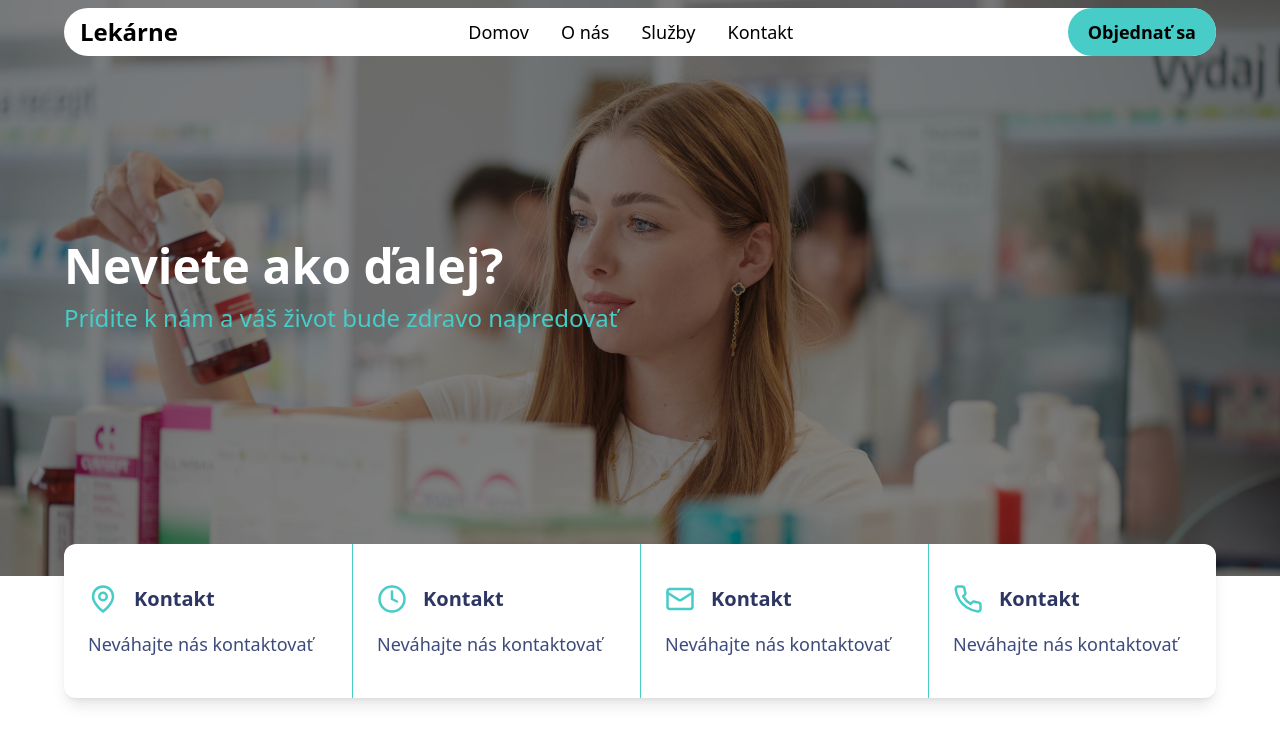
Repository: SimonSkoda13/Lekaren
Page: /
The author's editor kept a copy of each file at every save. The page is drawn from the files as they stood at one save, then again after the next save.
The browser window is 1280 px wide. The pictures show the whole page.
The project was rebuilt for these pictures with package versions that can differ from the ones it lists, and the page was loaded fresh each time. The framework's server and built-in components were replaced by stand-ins that run in the browser. Also part of the build but not shown: next.config.js.

Above is the page before, as saved 2023-04-22 18:13:31.

After the next save:
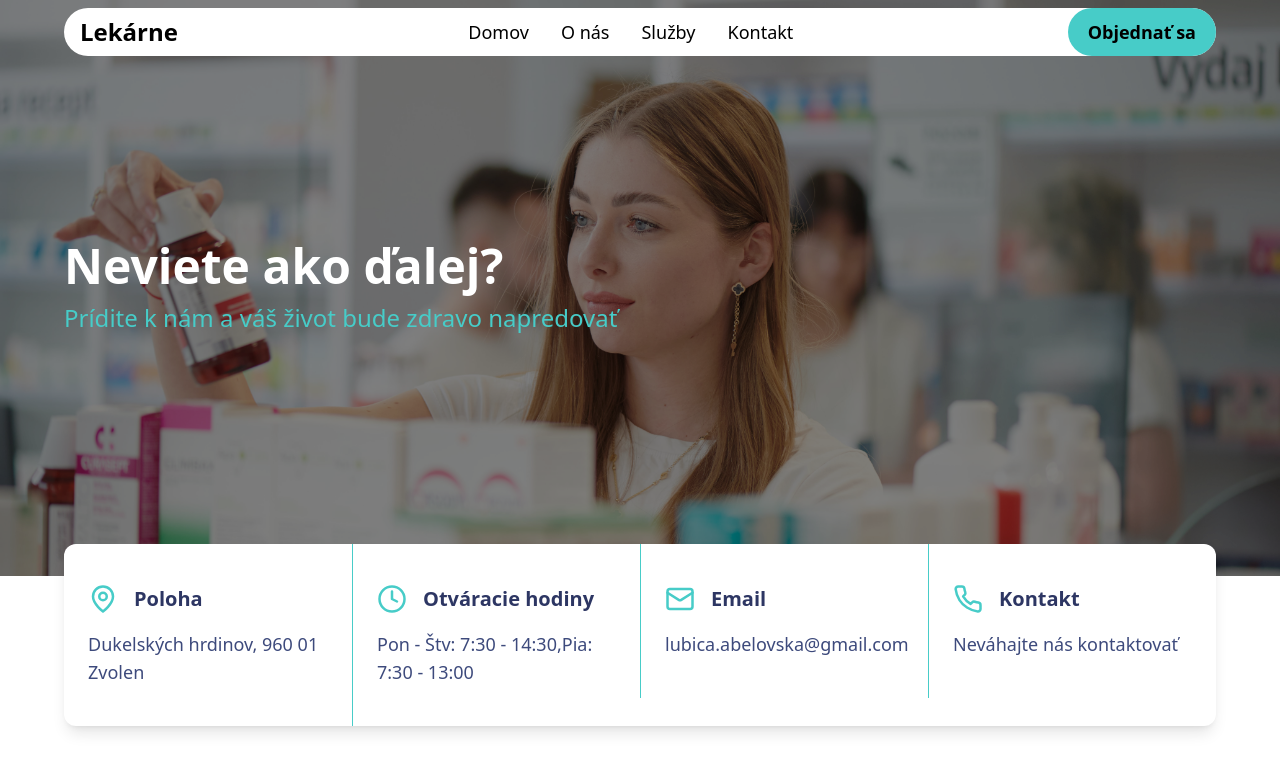
Saved 5 min 35 s later.
--- a/src/app/page.tsx
+++ b/src/app/page.tsx
@@ -19,18 +19,18 @@ export default function Home() {
       <Contact
         items={[
           {
-            title: "Kontakt",
-            description: "Neváhajte nás kontaktovať",
+            title: "Poloha",
+            description: "Dukelských hrdinov, 960 01 Zvolen",
             icon: <MapPin size={30} className="stroke-primary" />,
           },
           {
-            title: "Kontakt",
-            description: "Neváhajte nás kontaktovať",
+            title: "Otváracie hodiny",
+            description: "Pon - Štv:  7:30 - 14:30,Pia: 7:30 - 13:00",
             icon: <Clock4 size={30} className="stroke-primary" />,
           },
           {
-            title: "Kontakt",
-            description: "Neváhajte nás kontaktovať",
+            title: "Email",
+            description: "lubica.abelovska@gmail.com",
             icon: <Mail size={30} className="stroke-primary" />,
           },
           {
